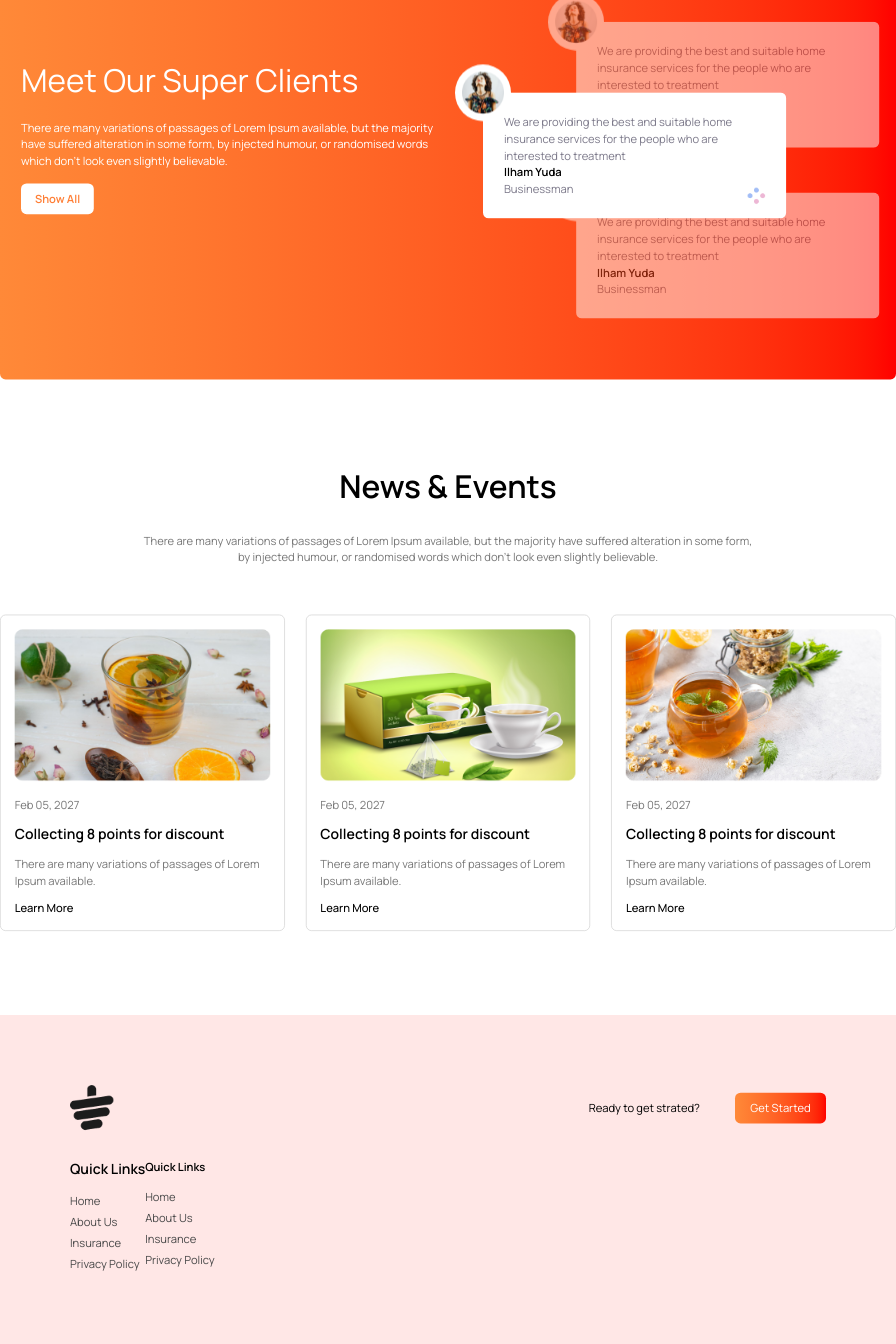
Repository: nahid-hasann/website-9
Page: index.html
The author's editor kept a copy of each file at every save. The page is drawn from the files as they stood at one save, then again after the next save.
The browser window is 1280 px wide. The pictures show the part of the page from y = 2160 to 4080 px (the page is 4080 px tall), at 70% of full size.
Some web libraries are served in a nearby version.

Above is the page before, as saved 2025-08-17 21:32:47.

After the next save:
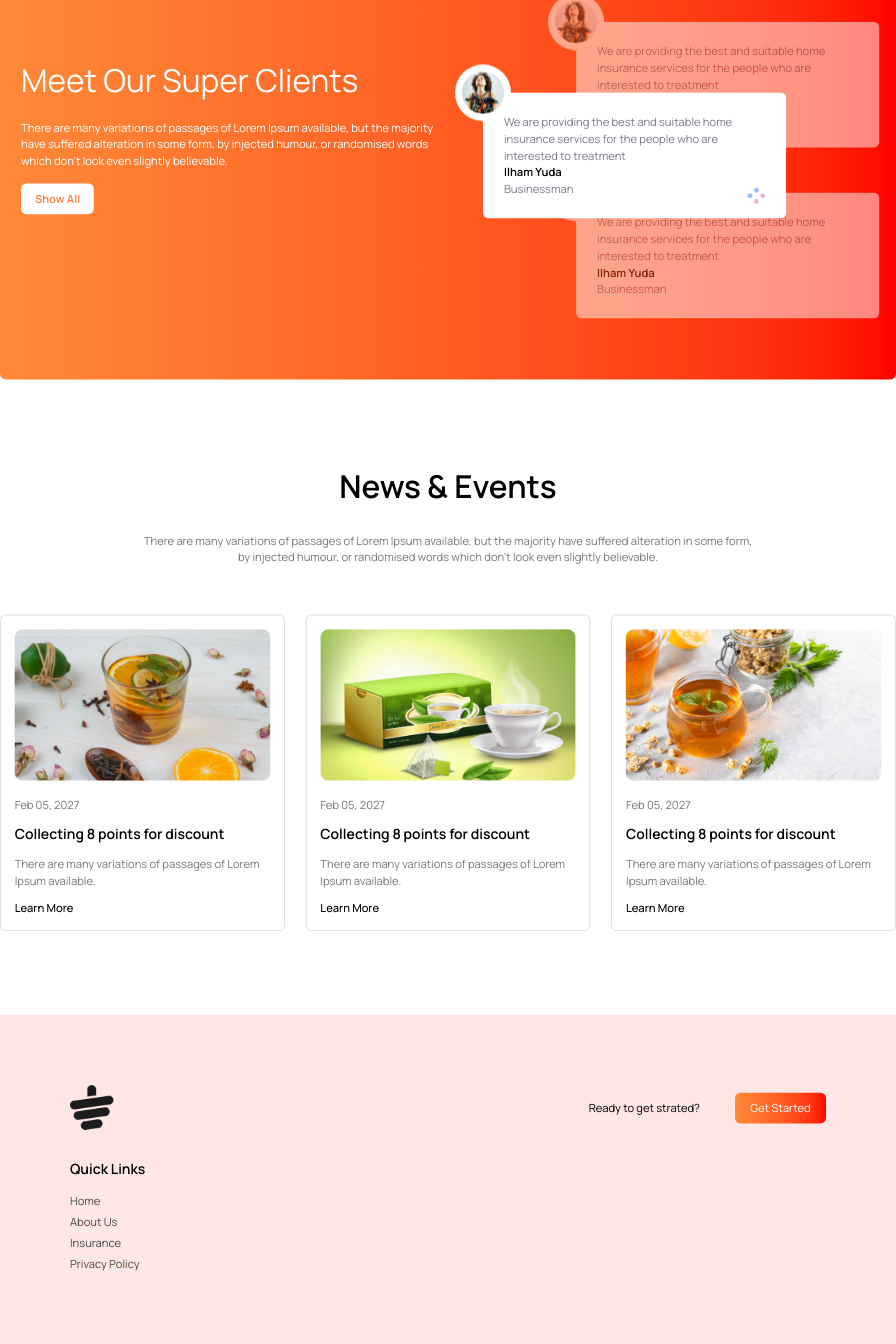
Saved 41 s later.
--- a/index.html
+++ b/index.html
@@ -164,15 +164,7 @@
                 <li>Privacy Policy</li>
             </ul>
         </div>
-        <div class="footer-text-1 mt-[40px]">
-            <h5 class="font-semibold text-20px">Quick Links</h5>
-            <ul>
-                <li>Home</li>
-                <li>About Us</li>
-                <li>Insurance</li>
-                <li>Privacy Policy</li>
-            </ul>
-        </div>
+
     </div>
 </footer>
 
